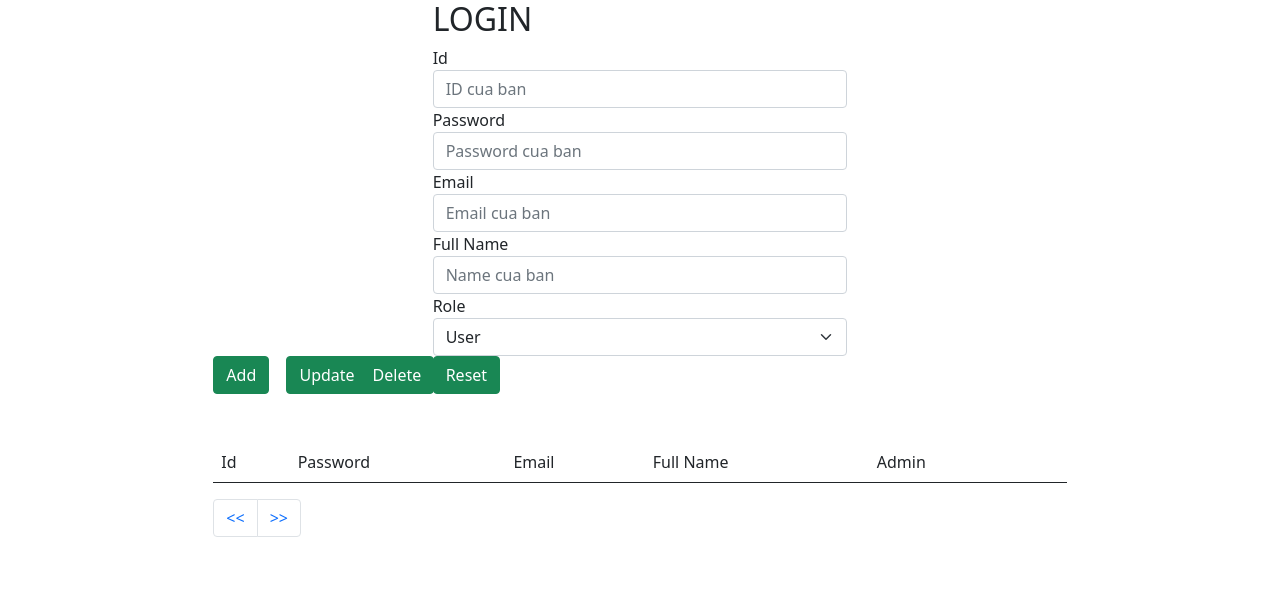
Repository: kiennd3921/AssJava4
Page: http://localhost/Assignment/view/auth/index.jsp
These files come from the project's save history. The page is drawn as it stood at one moment and after the next save; the edit follows.
The browser window is 1280 px wide. The pictures show the whole page.
The page is served by Tomcat 9. Other server files are loaded and not shown. The template is opened directly, without the code that normally fills it, so the values that code supplies are empty.

Above is the page before, as saved 2021-04-17 17:45:20.

### PT15307-UD/Assignment/WebContent/view/auth/index.jsp
<%@ page language="java" contentType="text/html; charset=UTF-8"
	pageEncoding="UTF-8"%>
<!DOCTYPE html>
<html>
<head>
<meta charset="UTF-8">
<title>QL Users</title>
<%@ taglib uri="http://java.sun.com/jstl/core_rt" prefix="c"%>
<link
	href="https://cdn.jsdelivr.net/npm/bootstrap@5.0.0-beta2/dist/css/bootstrap.min.css"
	rel="stylesheet"
	integrity="sha384-BmbxuPwQa2lc/FVzBcNJ7UAyJxM6wuqIj61tLrc4wSX0szH/Ev+nYRRuWlolflfl"
	crossorigin="anonymous">
</head>
<body>
	<div class="col-8 offset-2">
		<div class="row col-mb-3">
			<form action="${user}" method="post" class="col-6 offset-3">
				<h2>LOGIN</h2>
				<div class="form-group">
					<label>Id</label> <input type="text" name="id" value="${user.id}" class="form-control"
						placeholder="ID cua ban" required name="">
				</div>
				<div class="form-group">
					<label>Password</label> <input type="password" name="password" value="${user.password}" class="form-control"
						placeholder="Password cua ban" required name="">
				</div>
				<div class="form-group">
					<label>Email</label> <input type="email" name="email" value="${user.email}" class="form-control"
						placeholder="Email cua ban" required name="">
				</div>

				<div class="form-group">
					<label>Full Name</label> <input type="text" name="fullname" value="${user.fullname}" class="form-control"
						placeholder="Name cua ban" required name="">
				</div>
				<div>
					<label>Role</label> <select class="form-select" id="role"
						name="role">
						<option ${ user.role == 1 ? "selected" : "" } value="1">User</option>
						<option ${ user.role == 0 ? "selected" : "" } value="2">Admin</option>
					</select>
				</div>
			</form>
		</div>


		<div class="mb-3 row">
			<div class="col-md-1">
				<button class="btn btn-success">Add</button>
			</div>
			<div class="col-md-1">
				<button class="btn btn-success">Update</button>
			</div>
			<div class="col-md-1">
				<button class="btn btn-success">Delete</button>
			</div>
			<div class="col-md-1">
				<button class="btn btn-success">Reset</button>
			</div>

		</div>
		<div class="mt-5 table-responsive">
			<table class="table table-striped">
				<thead>
					<tr>
						<td>Id</td>
						<td>Password</td>
						<td>Email</td>
						<td>Full Name</td>
						<td>Admin</td>
						<td></td>
					</tr>
				</thead>
				<tbody>
					<c:forEach var="user" items="${ listUser }">
						<tr>
							<td>${ user.id }</td>
							<td>${ user.password }</td>
							<td>${ user.email }</td>
							<td>${ user.fullname }</td>
							<td>${ user.admin }</td>
							<td><a href="${user }/edit?id=${ user.id }"
								class="btn btn-primary">Edit</a></td>
						</tr>
					</c:forEach>
				</tbody>
			</table>

			<ul class="pagination">
				<li class="page-item"><a class="page-link"
					href="/PT15307-UD/users?page=${ page - 1 }"> << </a></li>
				<li class="page-item"><a class="page-link"
					href="/PT15307-UD/users?page=${ page + 1 }"> >> </a></li>
			</ul>
		</div>
	</div>
</body>
</html>

After the next save:
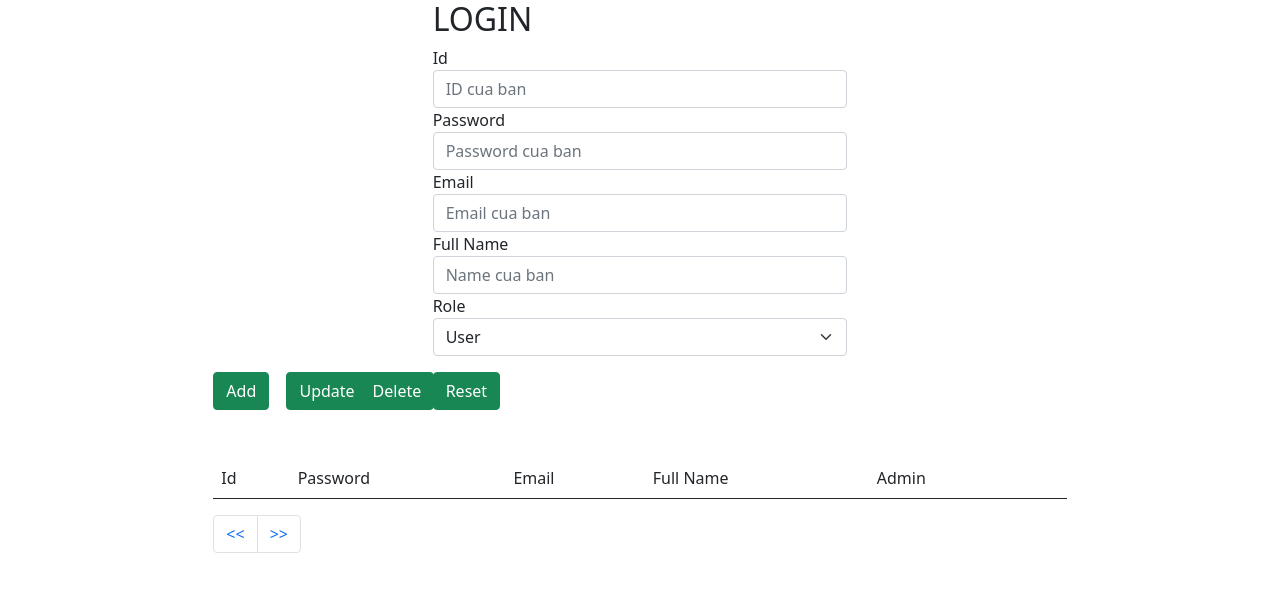
Saved 21 s later.
--- a/PT15307-UD/Assignment/WebContent/view/auth/index.jsp
+++ b/PT15307-UD/Assignment/WebContent/view/auth/index.jsp
@@ -45,7 +45,7 @@
 		</div>
 
 
-		<div class="mb-3 row">
+		<div class="mt-3 row">
 			<div class="col-md-1">
 				<button class="btn btn-success">Add</button>
 			</div>
